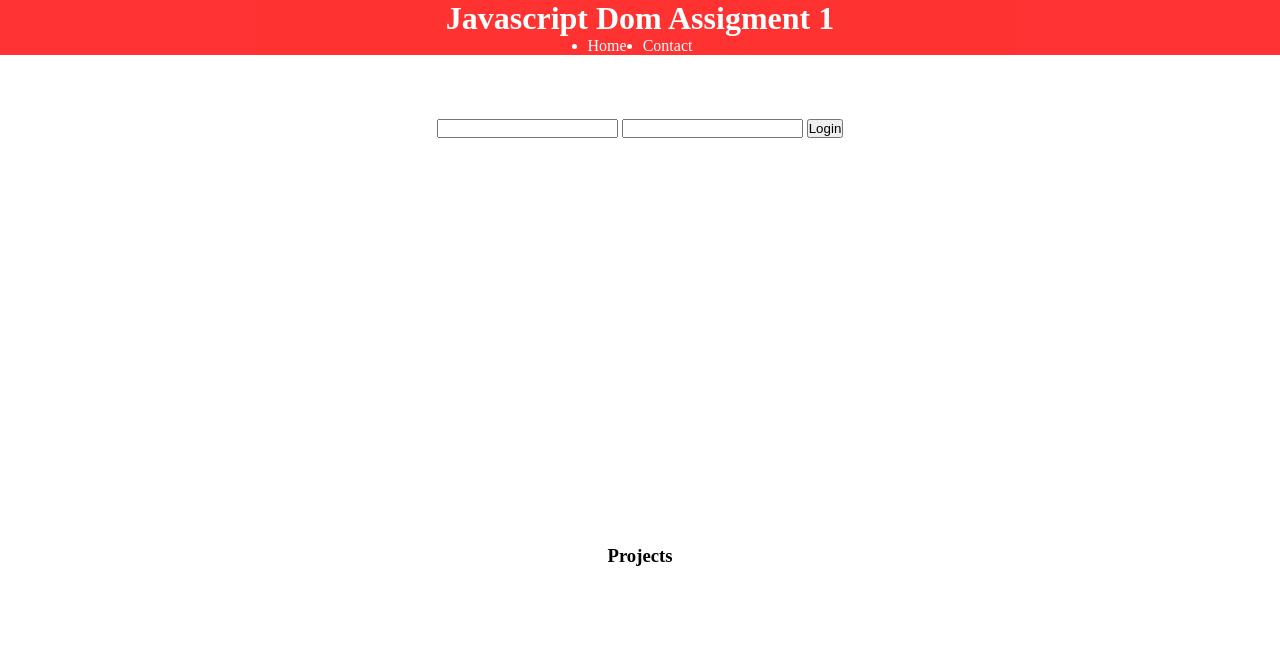
Repository: haakanerol/haakanerol
Page: Js.ass1/index.html
These files come from the project's save history. The page is drawn as it stood at one moment and after the next save; the edit follows.
The browser window is 1280 px wide. The pictures show the whole page.

Above is the page before, as saved 2024-02-25 15:59:47.

### Js.ass1/index.html
<!DOCTYPE html>
<html lang="en">
<head>
    <meta charset="UTF-8">
    <meta name="viewport" content="width=device-width, initial-scale=1.0">
    <title>Document</title>
    <style>
        * {
            margin: 0;
            padding: 0;
            box-sizing: border-box;
        }
        main {
            display: flex;
            flex-direction: column;
            justify-content: space-between;
            align-items: center;
            height: 80vh;
            padding: 4rem;
        }
    </style>
</head>
<body>
    <header class="header">
        <h1 id="title">aaa</h1>
        <nav>
            <ul class="nav-item">
                <li id="home">Home</li>
                <li>Contact</li>
            </ul>
        </nav>
    </header>
    <main>
        <section>
            <input type="text" id="username">
            <input type="password" id="password">
            <button class="btn">Login</button>
        </section>
        <section id="projects">
            <h3>Projects</h3>
            <ul>
            </ul>
        </section>
    </main>
    <script src="app.js"></script>
</body>
</html>

### Js.ass1/app.js
newHeader = document.querySelector(".header")
newHeader.style.backgroundColor = "red"
newHeader.style.opacity = "0.8"
newHeader.style.color = "white"
newHeader.style.textAlign = "center"
newHeader.style.padding = ""

newTitle = document.getElementById("title")
newTitle.textContent = "Javascript Dom Assigment 1"

newNavItem = document.querySelector(".nav-item")
newNavItem.style.display = "flex"
newNavItem.style.justifyContent = "center"
newNavItem.style.gap = "1rem"

After the next save:
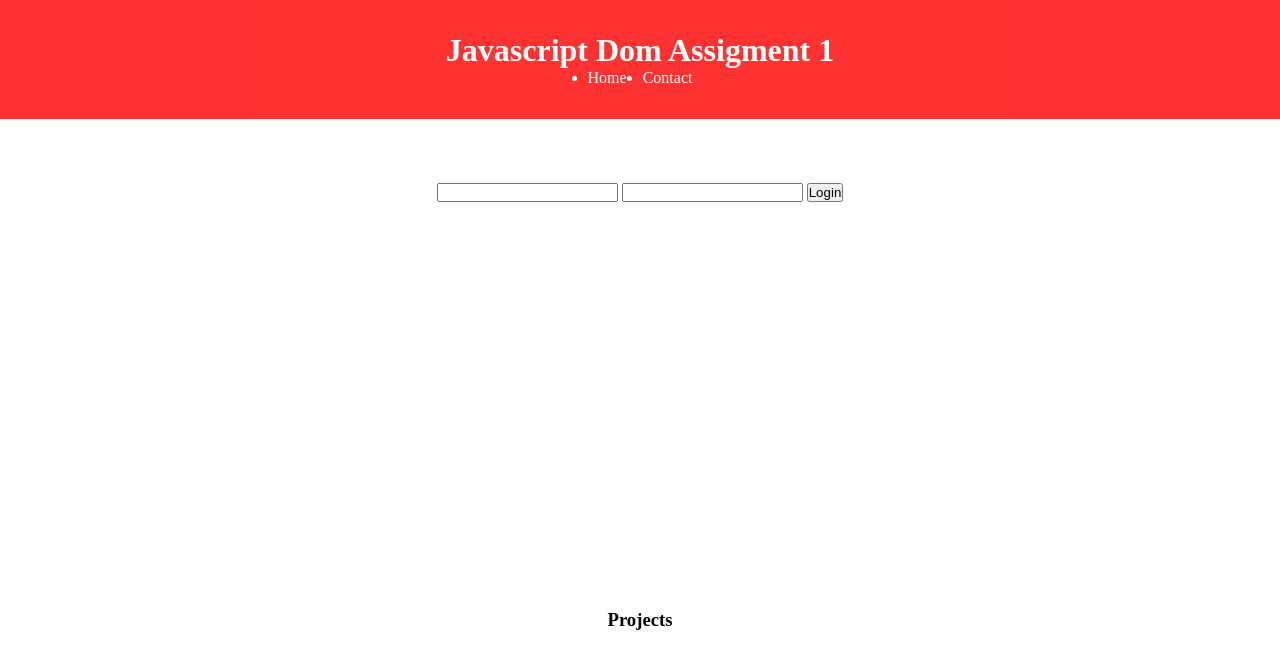
Saved 5 s later.
--- a/Js.ass1/app.js
+++ b/Js.ass1/app.js
@@ -3,7 +3,7 @@ newHeader.style.backgroundColor = "red"
 newHeader.style.opacity = "0.8"
 newHeader.style.color = "white"
 newHeader.style.textAlign = "center"
-newHeader.style.padding = ""
+newHeader.style.padding = "2rem"
 
 newTitle = document.getElementById("title")
 newTitle.textContent = "Javascript Dom Assigment 1"
